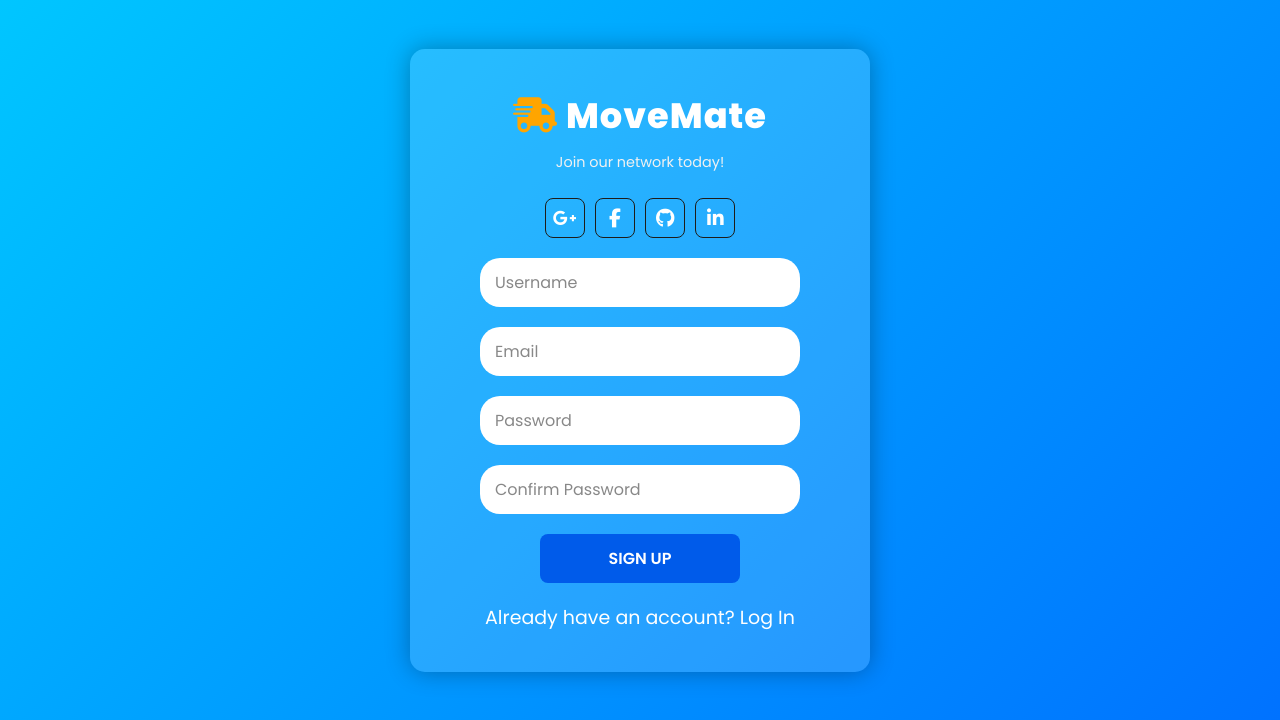
Repository: MoveMate7018/Slokdhorda7014
Page: registration.html
These files come from the project's save history. The page is drawn as it stood at one moment and after the next save; the edit follows.
The browser window is 1280 px wide. The pictures show the whole page.

Above is the page before, as saved 2025-10-27 15:01:27.

After the next save:
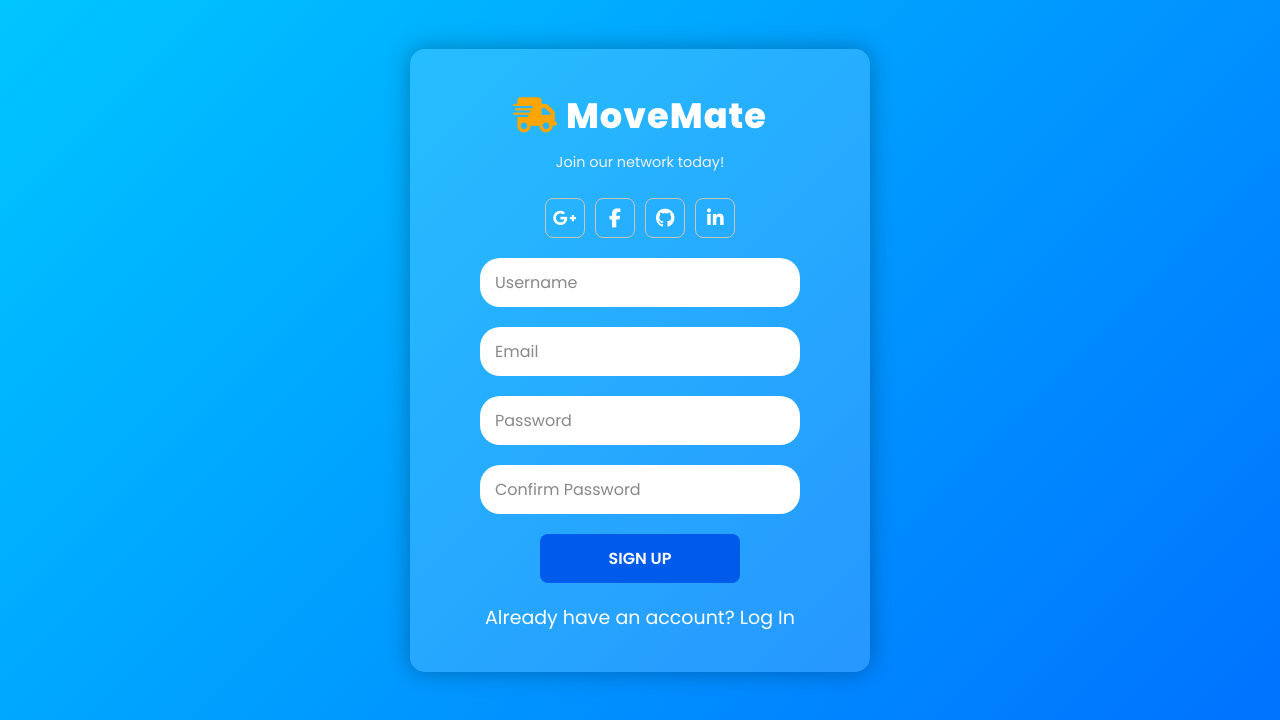
Saved 16 s later.
--- a/Assets/css/registration.css
+++ b/Assets/css/registration.css
@@ -212,7 +212,7 @@
         }
 
          .extra-login-options a{
-            border: 1px solid #1F1C18;
+            border: 1px solid #c9c2b9;
             border-radius: 20%;
             display: inline-flex;
             justify-content: center;
